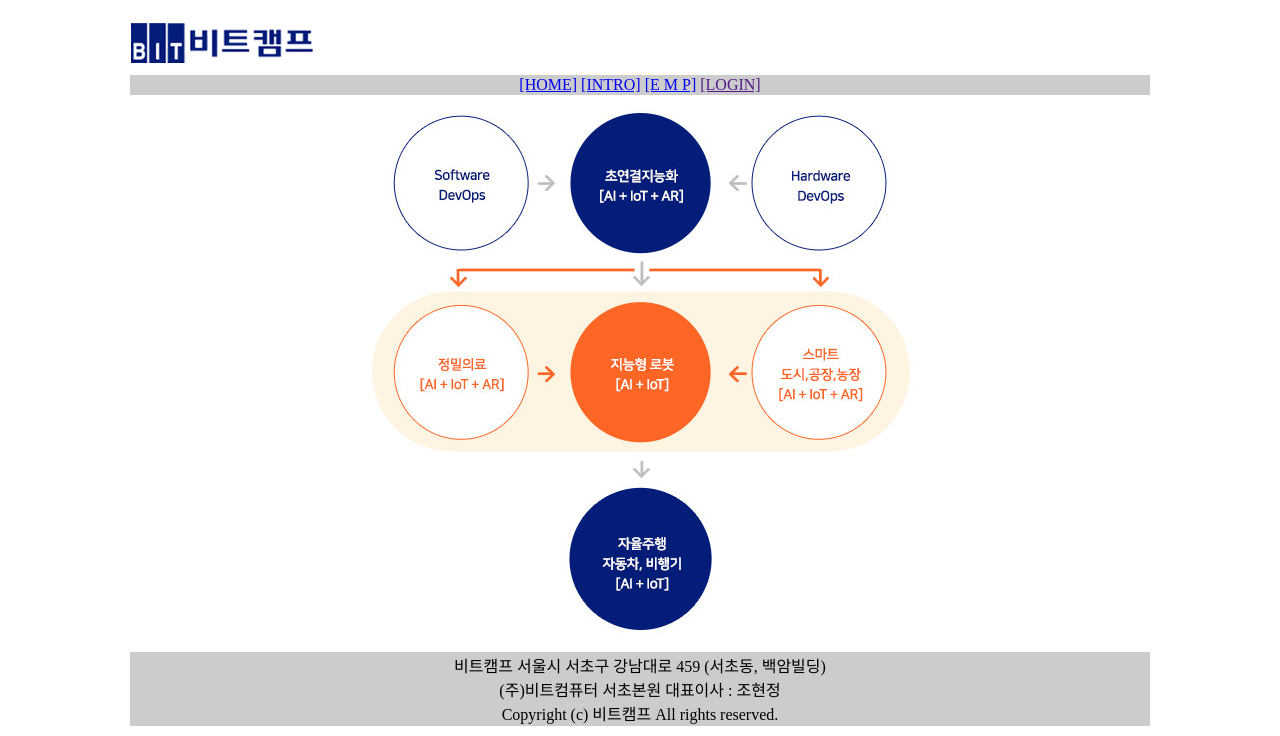
Repository: Deepsky110/LectureNotes
Page: http://localhost/web09/?title=main
An editor plug-in stored every save of this project. The page is shown before and after the next save, followed by the edit.
The browser window is 1280 px wide. The pictures show the whole page.
The page is served by Tomcat 9. Other server files are loaded and not shown.

Above is the page before, as saved 2020-07-08 02:03:29.

### web09/WebContent/index.jsp
<%@ page language="java" contentType="text/html; charset=EUC-KR"
    pageEncoding="EUC-KR"%>
<!DOCTYPE html PUBLIC "-//W3C//DTD HTML 4.01 Transitional//EN" "http://www.w3.org/TR/html4/loose.dtd">
<html>
<head>
<meta http-equiv="Content-Type" content="text/html; charset=EUC-KR">
<title>Insert title here</title>
</head>
<body>
	<table width="1024" align="center">
		<tr>
			<td><img src="img/logo.png"></td>
		</tr>
		<tr>
			<td align="center" bgcolor="#cccccc">
				<a href="?title=main">[HOME]</a>
				<a href="?title=intro">[INTRO]</a>
				<a href="?title=emp/list">[E M P]</a>
				<a href="">[LOGIN]</a>
			</td>
		</tr>
		<tr>
			<td>
			<%
			String title=request.getParameter("title");
			if(title==null) title="main";
			title+=".jsp";
			%>
				<center>
				<jsp:include page="<%=title %>"></jsp:include>
				</center>
			</td>
		</tr>
		<tr>
			<td align="center" bgcolor="#cccccc">
			비트캠프 서울시 서초구 강남대로 459 (서초동, 백암빌딩)<br>
			(주)비트컴퓨터 서초본원 대표이사 : 조현정<br>
			Copyright (c) 비트캠프 All rights reserved.<br>
			</td>
		</tr>
	</table>
</body>
</html>

### web09/WebContent/main.jsp
<%@ page language="java" contentType="text/html; charset=EUC-KR"
    pageEncoding="EUC-KR"%>
<!DOCTYPE html PUBLIC "-//W3C//DTD HTML 4.01 Transitional//EN" "http://www.w3.org/TR/html4/loose.dtd">
<html>
<head>
<meta http-equiv="Content-Type" content="text/html; charset=EUC-KR">
<title>Insert title here</title>
</head>
<body>
	<img alt="" src="img/img01.jpg">
</body>
</html>

After the next save:
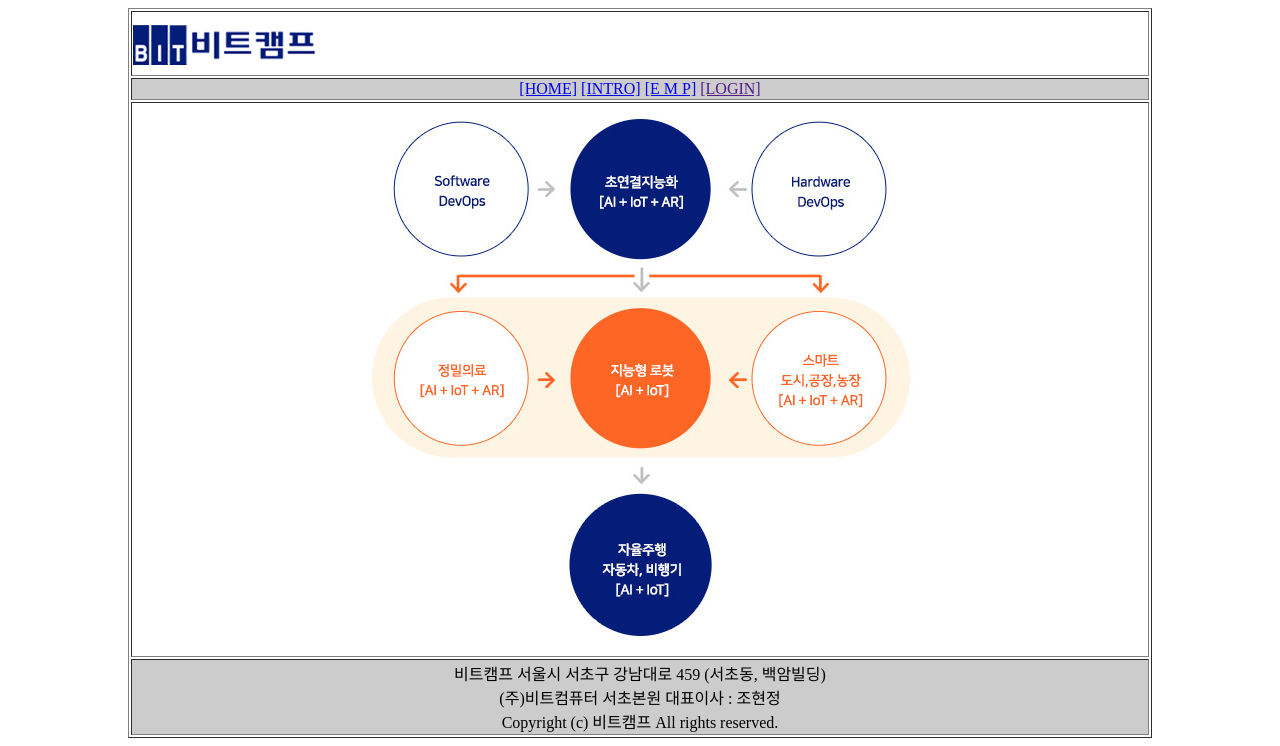
Saved 2 min 26 s later.
--- a/web09/WebContent/index.jsp
+++ b/web09/WebContent/index.jsp
@@ -7,7 +7,7 @@
 <title>Insert title here</title>
 </head>
 <body>
-	<table width="1024" align="center">
+	<table width="1024" align="center" border="1">
 		<tr>
 			<td><img src="img/logo.png"></td>
 		</tr>
